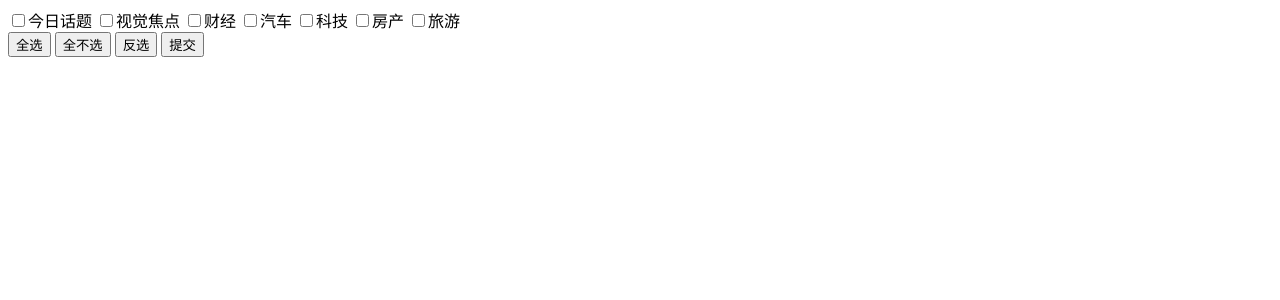
Repository: wangyanqing666/study
Page: 复选框练习2.html
The author's editor kept a copy of each file at every save. The page is drawn from the files as they stood at one save, then again after the next save.
The browser window is 1280 px wide. The pictures show the whole page.
After loading, the first visible `#btnCheckReverse` was clicked once.

Above is the page before, as saved 2020-06-13 17:58:16.
Console error: TypeError: Cannot read properties of undefined (reading 'nodeType')

After the next save:
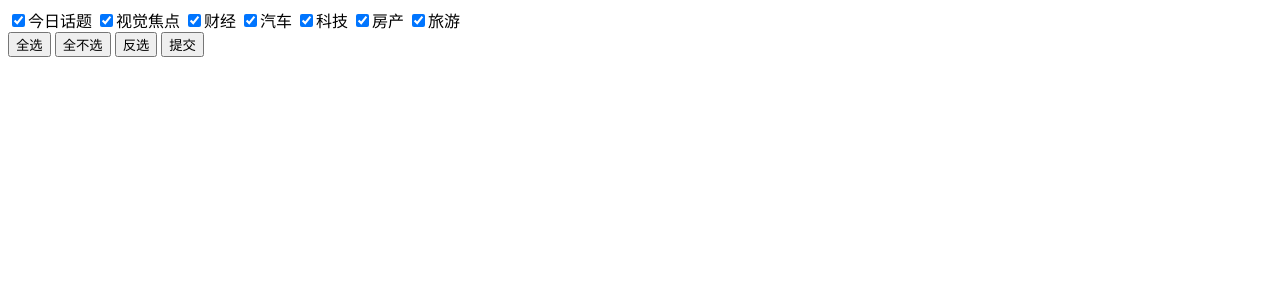
The error is gone.
Saved 35 s later.
--- a/复选框练习2.html
+++ b/复选框练习2.html
@@ -22,7 +22,7 @@
                 $('#btnCheckReverse').click(function () {
                    var chelist=$("[name = chkItem]:checkbox");
                     chelist.each(function (params) {
-                        if ($(this).prop()==true){
+                        if ($(this).prop("checked")==true){
                             $(this).prop("checked", false);
                         }
                         else {
